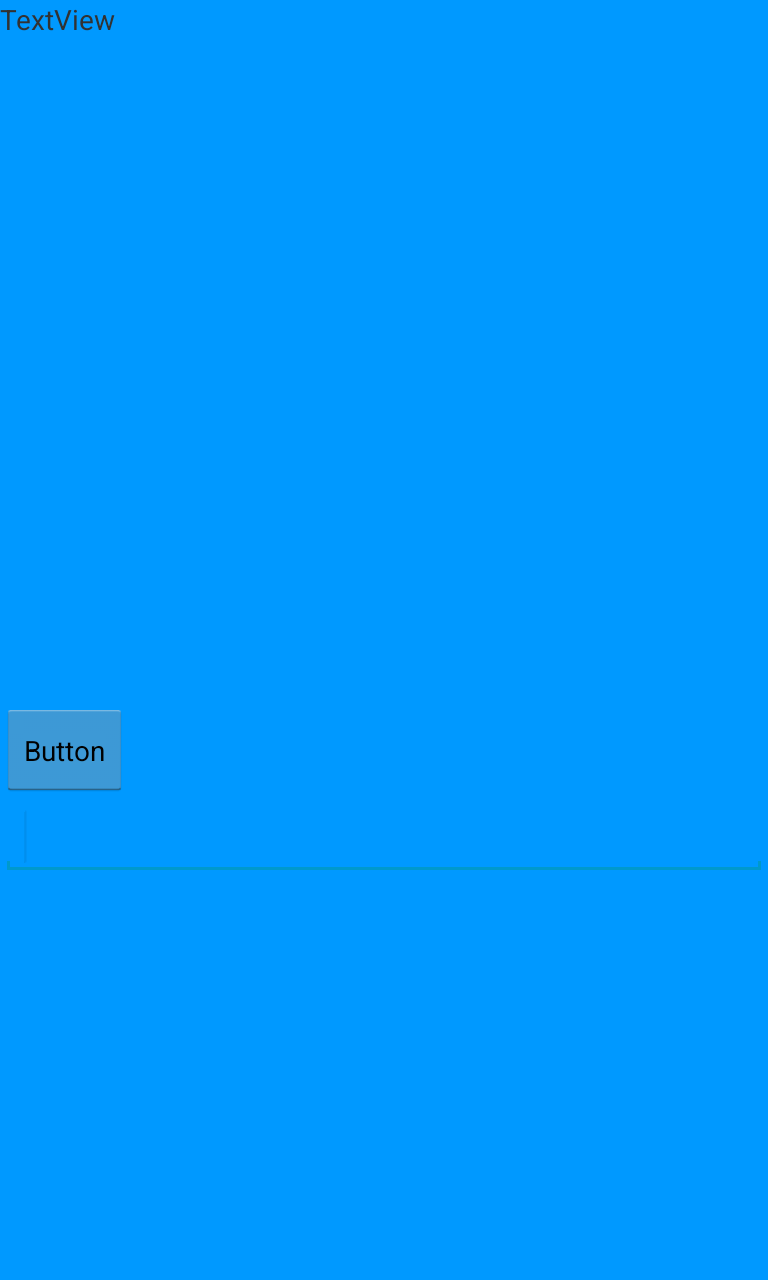
Repository: Clonedpirate/BtSshPwnPI
Layout: HackDroid/res/layout/terminal.xml
The author's editor kept a copy of each file at every save. The layout is drawn from the files as they stood at one save, then again after the next save.
It is drawn on a 768 x 1280 px phone screen (xhdpi) without system bars, with theme AppTheme; the app's code is not run.

Above is the layout before, as saved 2014-06-18 13:17:42.

### HackDroid/res/layout/terminal.xml
<?xml version="1.0" encoding="utf-8"?>
<LinearLayout xmlns:android="http://schemas.android.com/apk/res/android"
    android:layout_width="match_parent"
    android:layout_height="match_parent"
    android:orientation="vertical" >

    <TextView
        android:id="@+id/terminal"
        android:layout_width="match_parent"
        android:layout_height="351dp"
        android:text="TextView" />

    <Button
        android:id="@+id/button1"
        style="?android:attr/buttonStyleSmall"
        android:layout_width="wrap_content"
        android:layout_height="wrap_content"
        android:text="Button" />

    <EditText
        android:id="@+id/editText1"
        android:layout_width="match_parent"
        android:layout_height="wrap_content"
        android:ems="10" >

        <requestFocus />
    </EditText>

</LinearLayout>

### HackDroid/res/values/styles.xml
<?xml version="1.0" encoding="utf-8"?>
<resources>

    <style name="AppTheme" parent="android:Theme.Holo.Light">
        <item name="android:windowBackground">@color/lblue</item>
        <item name="android:windowTranslucentStatus">false</item>
        <item name="android:windowTranslucentNavigation">true</item>
        <item name="android:fitsSystemWindows">true</item>
        <item name="android:actionBarStyle">@style/ActionBar.Solid.GreenStyle</item>
    </style>

    <style name="ActionBar.Solid.GreenStyle" parent="@android:style/Widget.Holo.Light.ActionBar.Solid">
        <item name="android:titleTextStyle">@style/AppTheme.ActionBar.Text</item>
        <item name="android:background">@color/blue</item>
    </style>

    <style name="AppTheme.ActionBar.Text" parent="@android:style/TextAppearance">
        <item name="android:textColor">@color/white</item>
        <item name="android:layout_gravity">center</item>
        <item name="android:textSize">14sp</item>
    </style>

    <style name="Theme" parent="android:Theme">
        <item name="android:background">@null</item>
        <item name="android:windowNoTitle">true</item>
    </style>

    <style name="text_title">
        <item name="android:layout_width">fill_parent</item>
        <item name="android:layout_height">wrap_content</item>
        <item name="android:textColor">@color/blue</item>
        <item name="android:gravity">center</item>
    </style>

    <style name="text_option">
        <item name="android:layout_width">wrap_content</item>
        <item name="android:layout_height">wrap_content</item>
        <item name="android:textColor">@color/black</item>
    </style>

    <style name="layout_wrap">
        <item name="android:layout_width">wrap_content</item>
        <item name="android:layout_height">wrap_content</item>
    </style>

    <style name="layout_fill">
        <item name="android:layout_width">fill_parent</item>
        <item name="android:layout_height">fill_parent</item>
    </style>

    <style name="layout_f_w">
        <item name="android:layout_width">fill_parent</item>
        <item name="android:layout_height">wrap_content</item>
    </style>

    <style name="h_line">
        <item name="android:layout_width">fill_parent</item>
        <item name="android:layout_height">1.5dip</item>
        <item name="android:background">@color/blue</item>
    </style>

    <style name="indicator_style">
        <item name="android:layout_width">fill_parent</item>
        <item name="android:layout_height">4dip</item>
        <item name="android:background">@color/blue</item>
        <item name="android:orientation">vertical</item>
    </style>

</resources>

### HackDroid/res/values/strings.xml
<?xml version="1.0" encoding="utf-8"?>
<resources>

    <string name="app_name">   PwnPi Wifite tool</string>
    <string name="action_settings">Settings</string>

    <color name="blue">#0083ff</color>
    <color name="lblue">#0099ff</color>
    <color name="llblue">#14BFFF</color>
    <color name="black">#000000</color>
    <color name="white">#FFFFFF</color>
    <color name="kindagreen">#04d5a2</color>
    <color name="test">#06d3a2</color>

</resources>

After the next save:
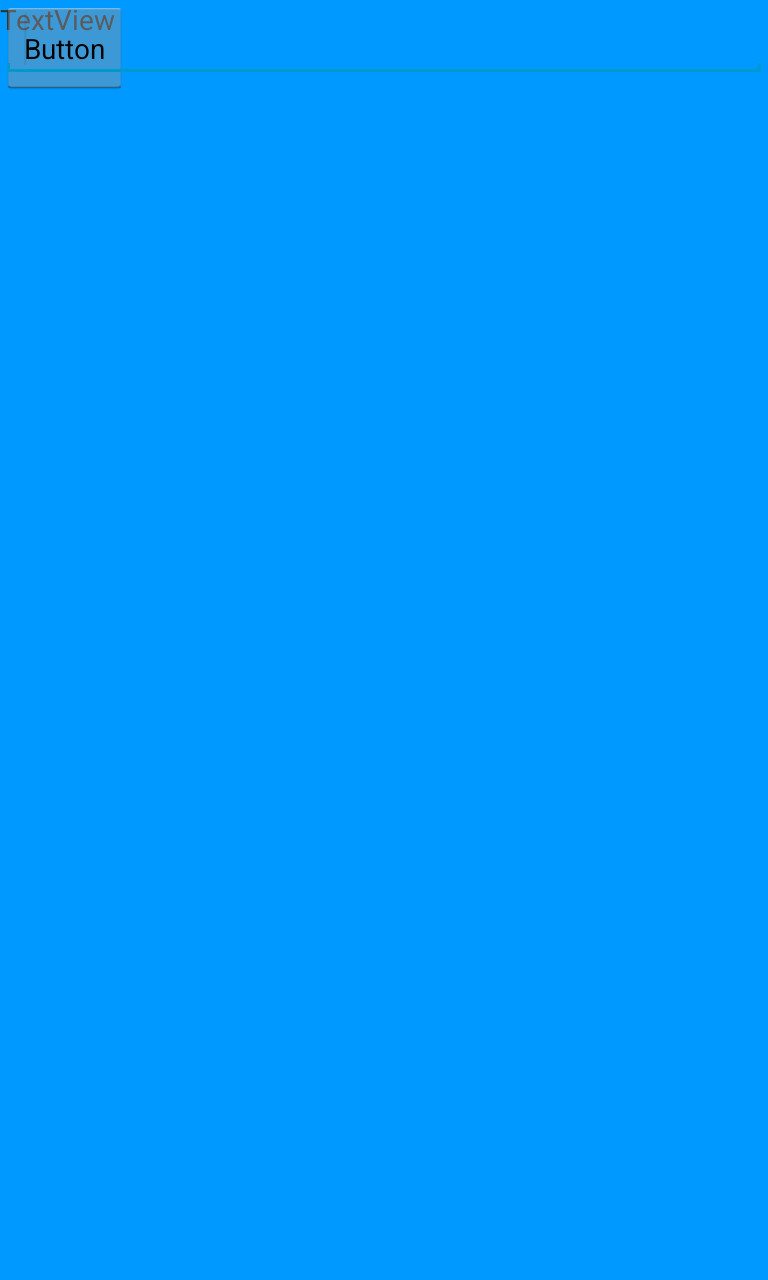
Saved 62 s later.
--- a/HackDroid/res/layout/terminal.xml
+++ b/HackDroid/res/layout/terminal.xml
@@ -1,5 +1,5 @@
 <?xml version="1.0" encoding="utf-8"?>
-<LinearLayout xmlns:android="http://schemas.android.com/apk/res/android"
+<RelativeLayout xmlns:android="http://schemas.android.com/apk/res/android"
     android:layout_width="match_parent"
     android:layout_height="match_parent"
     android:orientation="vertical" >
@@ -26,4 +26,4 @@
         <requestFocus />
     </EditText>
 
-</LinearLayout>
+</RelativeLayout>
